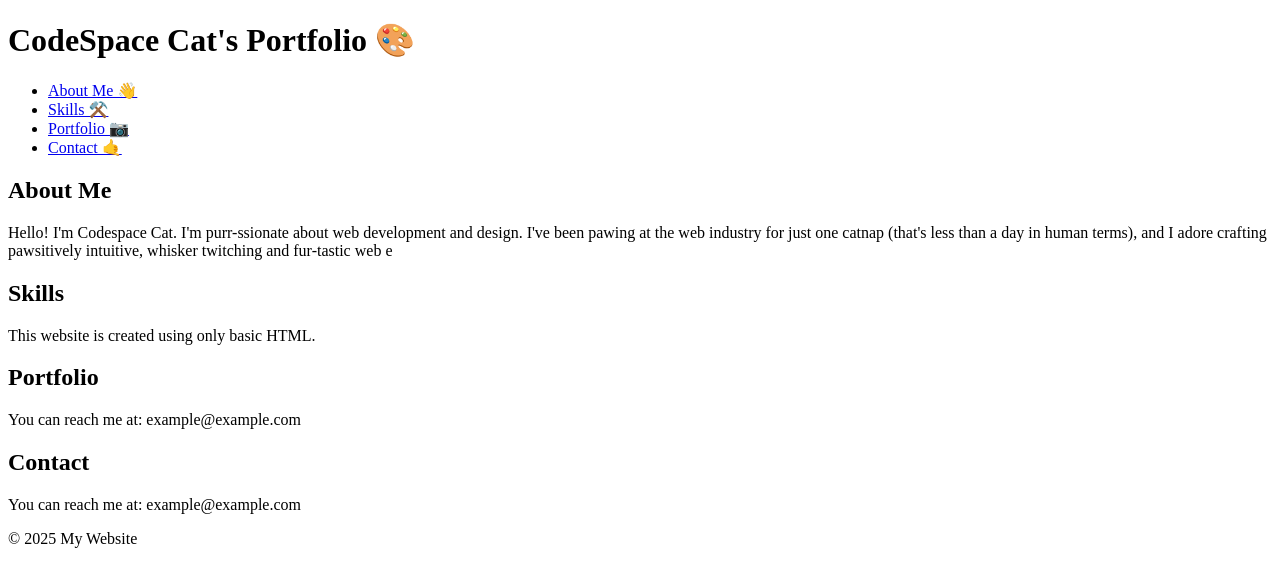
Repository: andajonas/Module_04_ANDJON25111_fto2502_A2_Anda-Jonas_SDF02
Page: index.html
The author's editor kept a copy of each file at every save. The page is drawn from the files as they stood at one save, then again after the next save.
The browser window is 1280 px wide. The pictures show the whole page.

Above is the page before, as saved 2025-03-05 09:09:28.

After the next save:
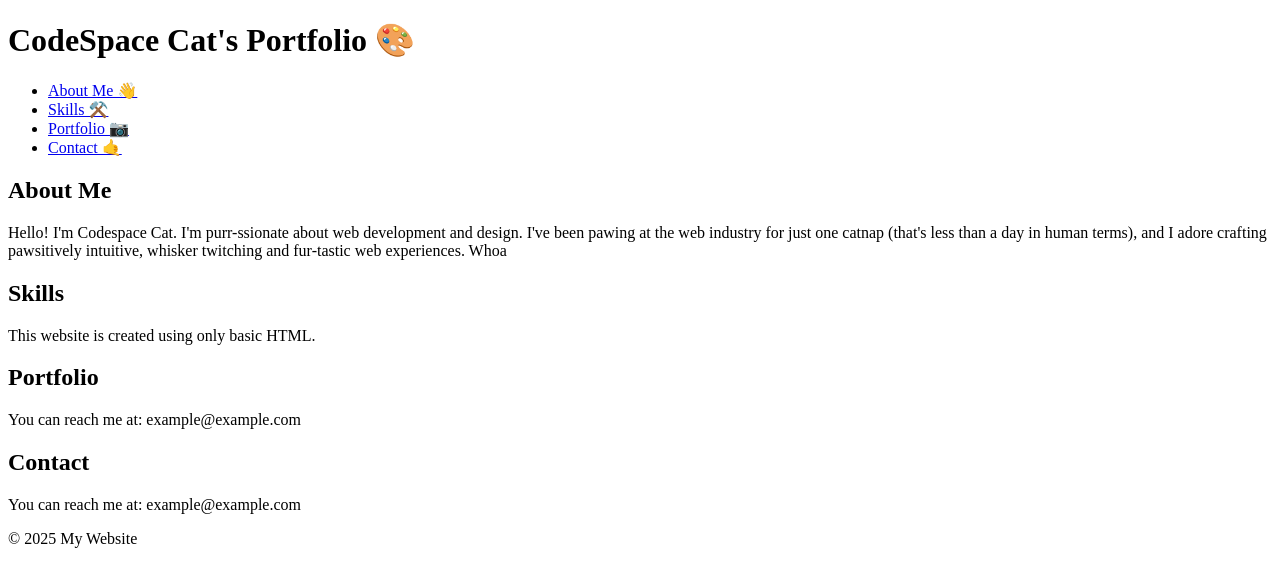
Saved 7 s later.
--- a/index.html
+++ b/index.html
@@ -17,7 +17,7 @@
     </nav>
     <section id="about me">
         <h2>About Me</h2>
-        <p>Hello! I'm Codespace Cat. I'm purr-ssionate about web development and design. I've been pawing at the web industry for just one catnap (that's less than a day in human terms), and I adore crafting pawsitively intuitive, whisker twitching and fur-tastic web e </p>
+        <p>Hello! I'm Codespace Cat. I'm purr-ssionate about web development and design. I've been pawing at the web industry for just one catnap (that's less than a day in human terms), and I adore crafting pawsitively intuitive, whisker twitching and fur-tastic web experiences. Whoa </p>
     </section>
     <section id="skills">
         <h2>Skills</h2>
